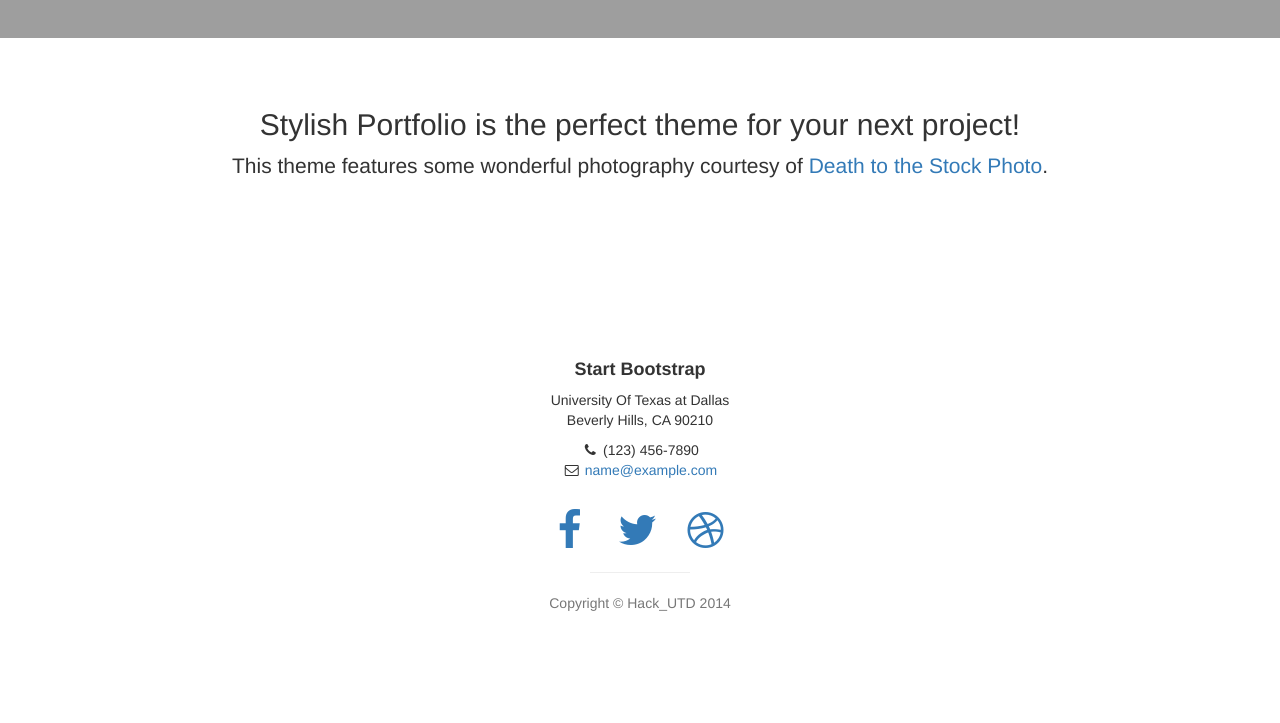
Repository: thomasronk/UTD_Hack
Page: http://localhost/route/Search
These files come from the project's save history. The page is drawn as it stood at one moment and after the next save; the edit follows.
The browser window is 1280 px wide. The pictures show the part of the page from y = 682 to 1634 px (the page is 1405 px tall before and 1865 px after).
Pictures or frames that could not be fetched are drawn as grey boxes. Some web fonts or font styles are not loaded; a fallback is used. The page is served by Tomcat 9.

Above is the page before, as saved 2015-01-18 08:13:09.

After the next save:
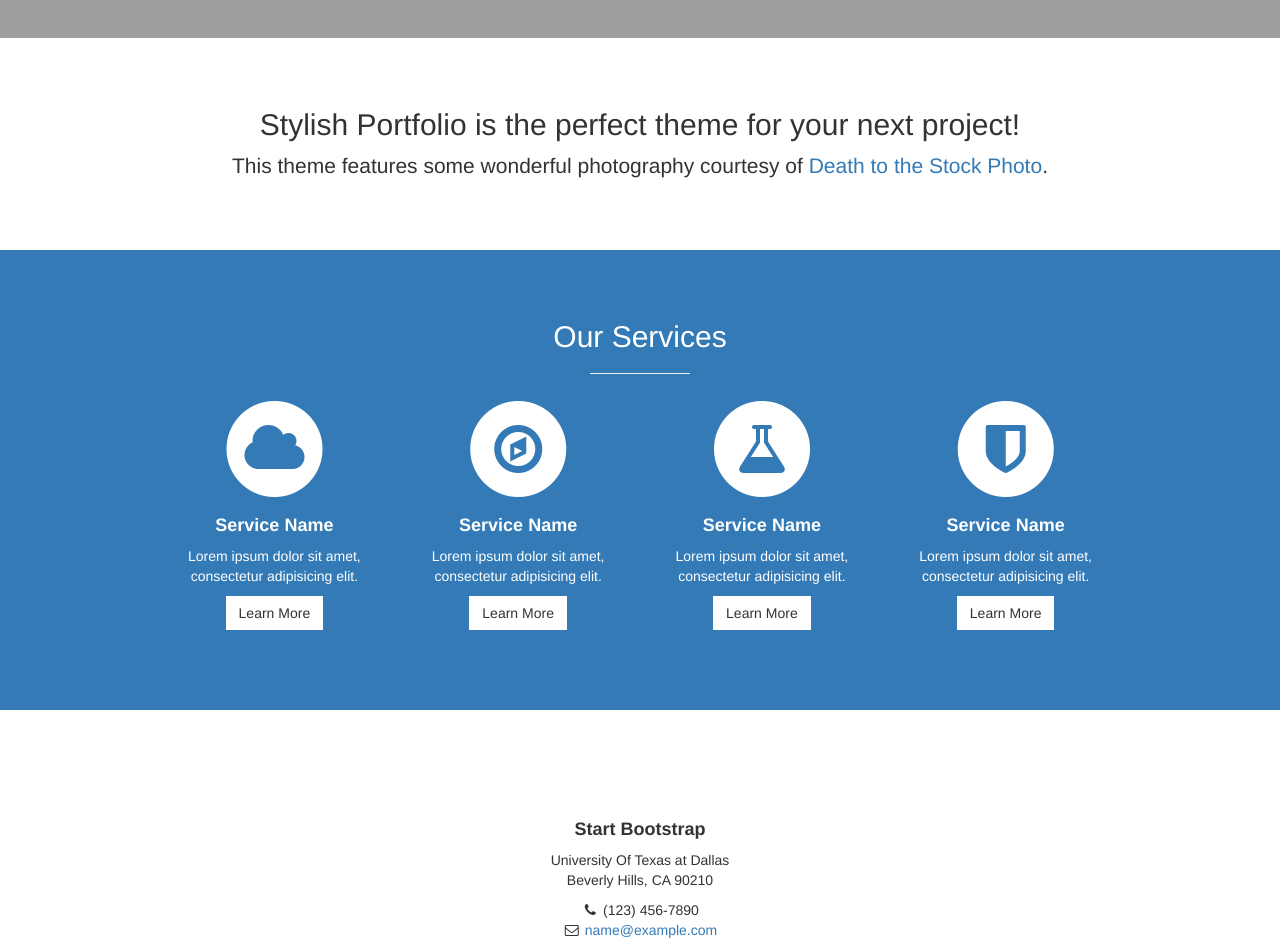
Saved 102 s later.
--- a/UTDHackWorkSpace/route/WebContent/WEB-INF/main.jsp
+++ b/UTDHackWorkSpace/route/WebContent/WEB-INF/main.jsp
@@ -85,6 +85,77 @@
         </div>
         <!-- /.container -->
     </section>
+
+    <section id="services" class="services bg-primary">
+        <div class="container">
+            <div class="row text-center">
+                <div class="col-lg-10 col-lg-offset-1">
+                    <h2>Our Services</h2>
+                    <hr class="small">
+                    <div class="row">
+                        <div class="col-md-3 col-sm-6">
+                            <div class="service-item">
+                                <span class="fa-stack fa-4x">
+                                <i class="fa fa-circle fa-stack-2x"></i>
+                                <i class="fa fa-cloud fa-stack-1x text-primary"></i>
+                            </span>
+                                <h4>
+                                    <strong>Service Name</strong>
+                                </h4>
+                                <p>Lorem ipsum dolor sit amet, consectetur adipisicing elit.</p>
+                                <a href="#" class="btn btn-light">Learn More</a>
+                            </div>
+                        </div>
+                        <div class="col-md-3 col-sm-6">
+                            <div class="service-item">
+                                <span class="fa-stack fa-4x">
+                                <i class="fa fa-circle fa-stack-2x"></i>
+                                <i class="fa fa-compass fa-stack-1x text-primary"></i>
+                            </span>
+                                <h4>
+                                    <strong>Service Name</strong>
+                                </h4>
+                                <p>Lorem ipsum dolor sit amet, consectetur adipisicing elit.</p>
+                                <a href="#" class="btn btn-light">Learn More</a>
+                            </div>
+                        </div>
+                        <div class="col-md-3 col-sm-6">
+                            <div class="service-item">
+                                <span class="fa-stack fa-4x">
+                                <i class="fa fa-circle fa-stack-2x"></i>
+                                <i class="fa fa-flask fa-stack-1x text-primary"></i>
+                            </span>
+                                <h4>
+                                    <strong>Service Name</strong>
+                                </h4>
+                                <p>Lorem ipsum dolor sit amet, consectetur adipisicing elit.</p>
+                                <a href="#" class="btn btn-light">Learn More</a>
+                            </div>
+                        </div>
+                        <div class="col-md-3 col-sm-6">
+                            <div class="service-item">
+                                <span class="fa-stack fa-4x">
+                                <i class="fa fa-circle fa-stack-2x"></i>
+                                <i class="fa fa-shield fa-stack-1x text-primary"></i>
+                            </span>
+                                <h4>
+                                    <strong>Service Name</strong>
+                                </h4>
+                                <p>Lorem ipsum dolor sit amet, consectetur adipisicing elit.</p>
+                                <a href="#" class="btn btn-light">Learn More</a>
+                            </div>
+                        </div>
+                    </div>
+                    <!-- /.row (nested) -->
+                </div>
+                <!-- /.col-lg-10 -->
+            </div>
+            <!-- /.row -->
+        </div>
+        <!-- /.container -->
+    </section>
+
+
 
 	<footer>
         <div class="container">
